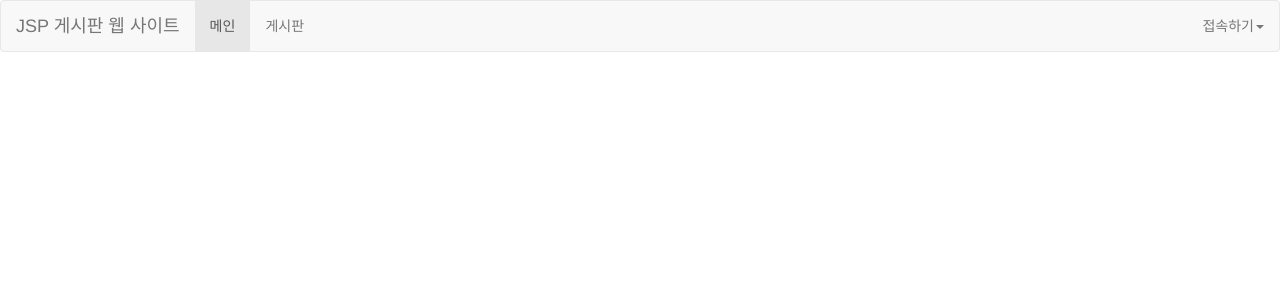
Repository: ksh125/JSP-Notice_Board
Page: http://localhost/BBS/main.jsp
These files come from the project's save history. The page is drawn as it stood at one moment and after the next save; the edit follows.
The browser window is 1280 px wide. The pictures show the whole page.
Some web libraries are served in a nearby version. The page is served by Tomcat 9. Other server files are loaded and not shown.

Above is the page before, as saved 2022-10-29 15:59:58.

### BBS/src/main/webapp/main.jsp
<%@ page language="java" contentType="text/html; charset=UTF-8"
    pageEncoding="UTF-8"%>
<%@ page import="java.io.PrintWriter" %>
<!DOCTYPE html>
<html>
<head>
<meta http-equiv="Content-Type" content="text/html; charset=UTF-8">
<meta name="viewport" content="width=device-width", initial-scale="1" >  <!-- 반응형 웹에 사용하는 메타태그 -->
<link rel="stylesheet" href="css/bootstrap.css"> <!-- 참조  -->
<title>JSP 게시판 웹 사이트</title>
</head>
<body>
<%
    String userID = null;
    if (session.getAttribute("userID") != null)
    {
        userID = (String)session.getAttribute("userID");
    }
%>
    <nav class ="navbar navbar-default">
        <div class="navbar-header"> <!-- 홈페이지의 로고 -->
            <button type="button" class="navbar-toggle collapsed"
                data-toggle="collapse" data-target="#bs-example-navbar-collapse-1"
                aria-expand="false">
                <span class ="icon-bar"></span> <!-- 줄였을때 옆에 짝대기 -->
                <span class ="icon-bar"></span>
                <span class ="icon-bar"></span>
            </button>
            <a class ="navbar-brand" href="main.jsp">JSP 게시판 웹 사이트</a>
        </div>
        <div class="collapse navbar-collapse" id="bs-example-navbar-collapse-1">
            <ul class="nav navbar-nav">
                <li class="active"><a href="main.jsp">메인</a></li>
                <li><a href="bbs.jsp">게시판</a></li>
            </ul>
            <%
                if(userID == null)
                {
            %>
            <ul class="nav navbar-nav navbar-right">
                <li class="dropdown">
                <a href="#" class = "dropdown-toggle"
                    data-toggle="dropdown" role ="button" aria-haspopup="true"
                    aria-expanded="false">접속하기<span class="caret"></span></a>
                    <ul class="dropdown-menu">
                        <li><a href="login.jsp">로그인</a></li>
                        <li><a href="join.jsp">회원가입</a></li>
                    </ul>
                </li>
            </ul>
            <%
                } else {
            %>
            <ul class="nav navbar-nav navbar-right">
                <li class="dropdown">
                <a href="#" class = "dropdown-toggle"
                    data-toggle="dropdown" role ="button" aria-haspopup="true"
                    aria-expanded="false">회원관리<span class="caret"></span></a>
                    <ul class="dropdown-menu">
                        <li><a href="loginAction.jsp">로그아웃</a></li>
                    </ul>
                </li>
            </ul>
            <%
                }
            %>
        </div>
    </nav>
    <div class = "container">
    	<div class "jumbotron">

    	</div>
    </div>
    <script src="https://code.jquery.com/jquery-3.1.1.min.js"></script>
    <script src="js/bootstrap.js"></script>
</body>
</html>

Loaded but not shown: BBS/src/main/webapp/css/bootstrap.css (library); BBS/src/main/webapp/js/bootstrap.js (library)

After the next save:
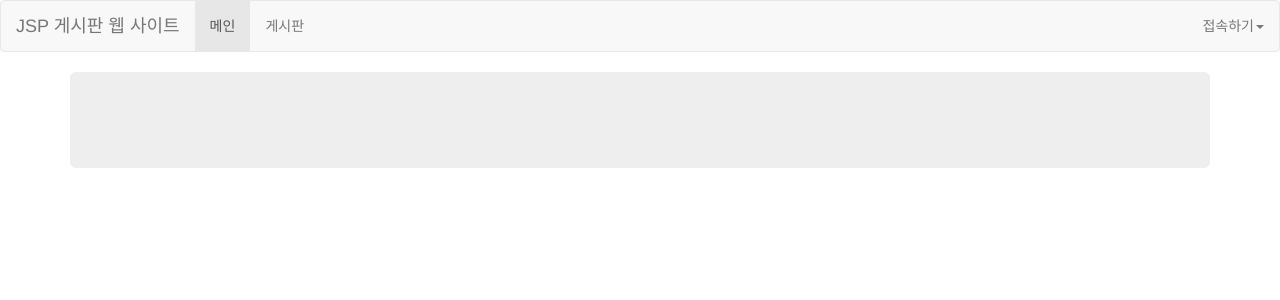
Saved 14 s later.
--- a/BBS/src/main/webapp/main.jsp
+++ b/BBS/src/main/webapp/main.jsp
@@ -67,7 +67,7 @@
         </div>
     </nav>
     <div class = "container">
-    	<div class "jumbotron">
+    	<div class = "jumbotron">
 
     	</div>
     </div>
